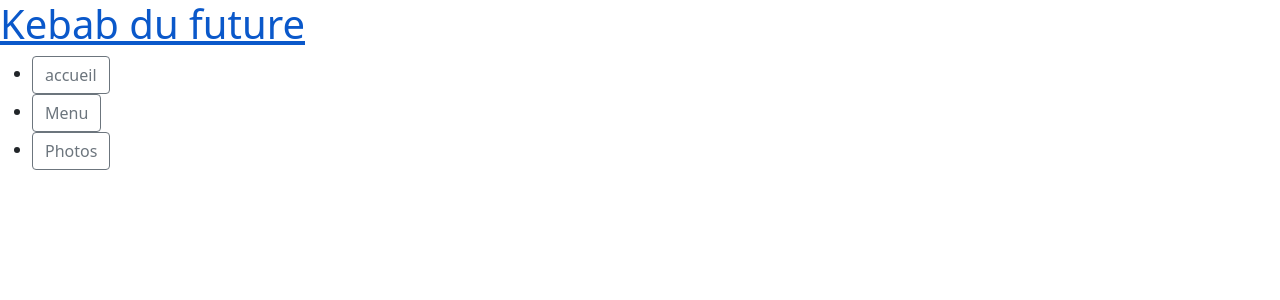
Repository: phbord/THP-js-exercices-manipulation-DOM
Page: index.html
These files come from the project's save history. The page is drawn as it stood at one moment and after a run of saves; the edit follows.
The browser window is 1280 px wide. The pictures show the whole page.

Above is the page before, as saved 2021-07-19 10:52:38.

### index.html
<!DOCTYPE HTML>
<html lang="fr">
    <head>
        <title></title>
        <meta charset="utf-8">
        <link href="https://cdn.jsdelivr.net/npm/bootstrap@5.0.2/dist/css/bootstrap.min.css"
                rel="stylesheet"
                integrity="sha384-EVSTQN3/azprG1Anm3QDgpJLIm9Nao0Yz1ztcQTwFspd3yD65VohhpuuCOmLASjC"
                crossorigin="anonymous">
        <link rel="stylesheet" href="./styles/main.css">
    </head>
    <body>
        <header>
            <nav>
                <a class="" href="#">
                    <h1>Kebab du future</h1>
                </a>
                <ul class="">
                    <li>
                        <a class="btn btn-outline-secondary" href="#">accueil</a>
                    </li>
                    <li>
                        <a class="btn btn-outline-secondary" href="#">Menu</a>
                    </li>
                    <li>
                        <a class="btn btn-outline-secondary" href="#">Photos</a>
                    </li>
                </ul>
            </nav>
        </header>

        <script src="https://cdn.jsdelivr.net/npm/bootstrap@5.0.2/dist/js/bootstrap.bundle.min.js"
                integrity="sha384-MrcW6ZMFYlzcLA8Nl+NtUVF0sA7MsXsP1UyJoMp4YLEuNSfAP+JcXn/tWtIaxVXM"
                crossorigin="anonymous"></script>
        <script src="./scripts/main.js"></script>
    </body>
</html>

Loaded but not shown: scripts/main.js (no copy from this time; the picture is the same without it); styles/main.css (no copy from this time; the picture is the same without it)

After the next 2 saves:
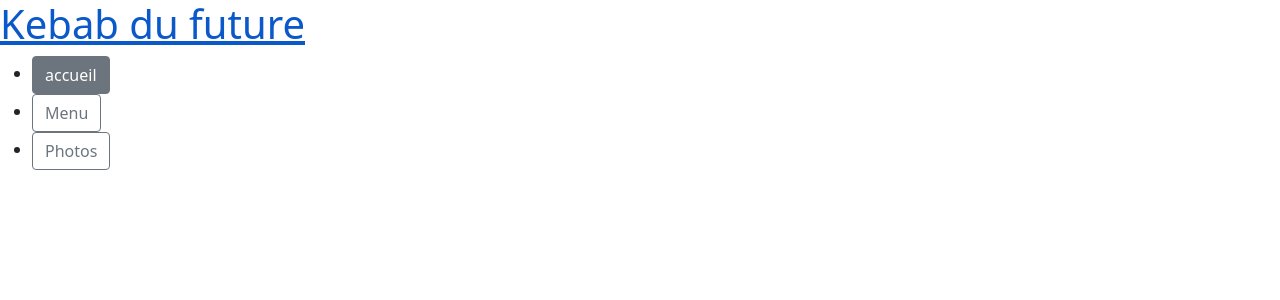
The 2 saves are shown as one change because they came seconds apart.
The last was saved 12 s later.
--- a/index.html
+++ b/index.html
@@ -17,7 +17,7 @@
                 </a>
                 <ul class="">
                     <li>
-                        <a class="btn btn-outline-secondary" href="#">accueil</a>
+                        <a class="btn btn-secondary" href="#">accueil</a>
                     </li>
                     <li>
                         <a class="btn btn-outline-secondary" href="#">Menu</a>
